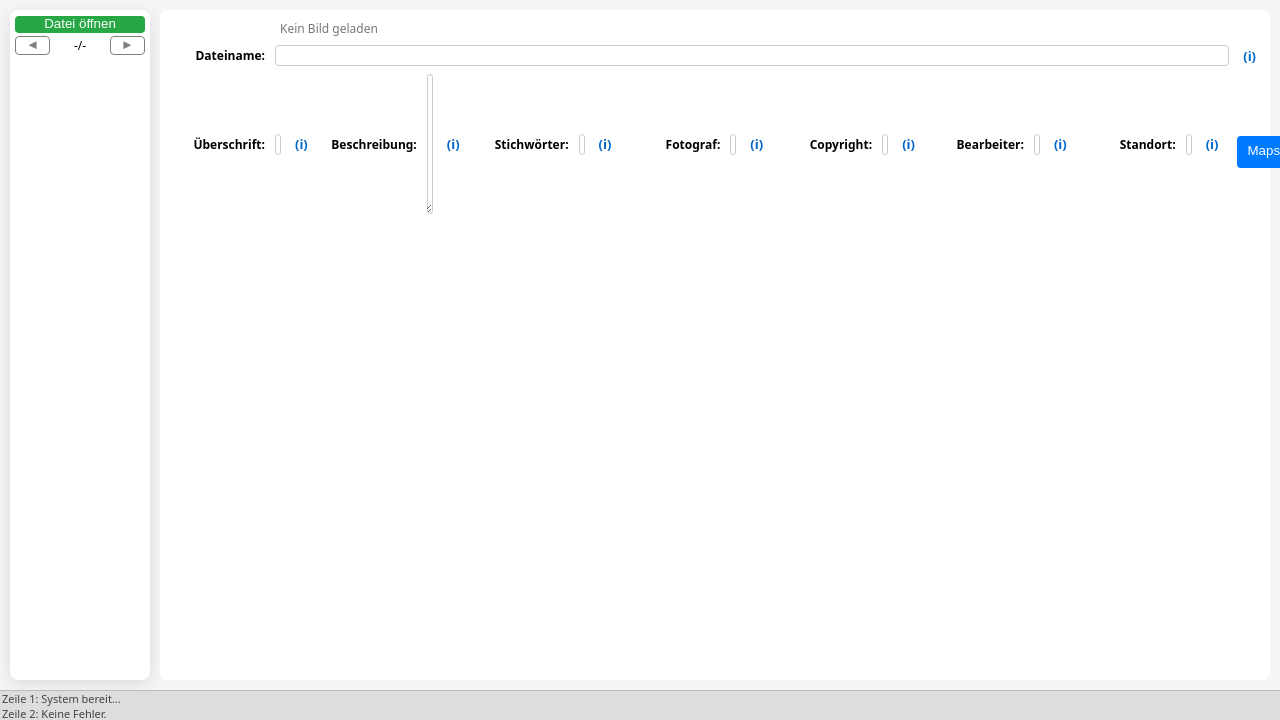
Repository: h-fahle/metadata
Page: ui/index.html
The author's editor kept a copy of each file at every save. The page is drawn from the files as they stood at one save, then again after the next save.
The browser window is 1280 px wide. The pictures show the whole page.

Above is the page before, as saved 2026-08-19 17:54:49.

After the next save:
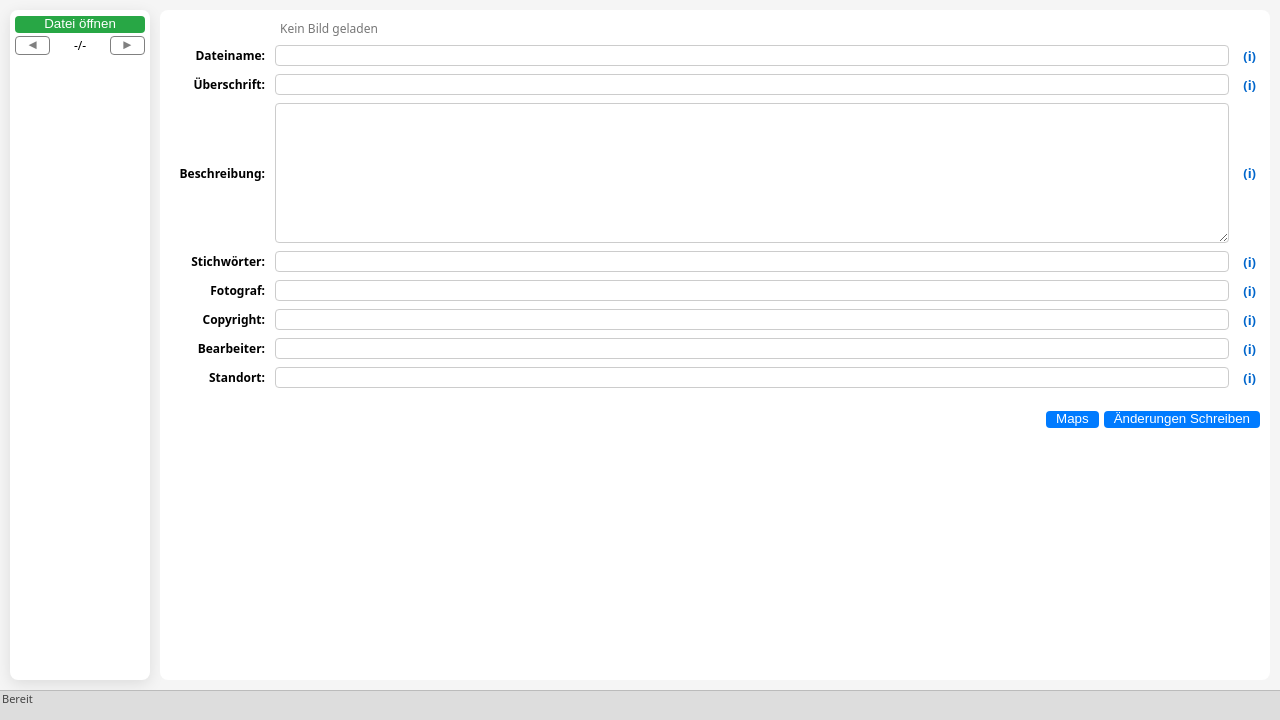
Saved 2 min 11 s later.
--- a/ui/index.html
+++ b/ui/index.html
@@ -46,8 +46,8 @@
 				<div class="tooltip-container">
 					<span class="info-icon">(i)</span>
 					<div class="tooltip-box">
-						Im Einzelmodus: Änderung des Dateinamens bewirkt
-   Umbenennung der Datei.<br>
+Im Einzelmodus: Änderung des Dateinamens bewirkt
+   Umbenennung der Datei.
 Im Stapelmodus: Ordnername is nicht änderbar.!
 					</div>
 				</div>
@@ -61,7 +61,7 @@ Im Stapelmodus: Ordnername is nicht änderbar.!
 					<div class="tooltip-box">
 						Auch: (Dokument-)Titel, Schlagzeile, Headline
 					</div>
-				</span>
+				</div>
 			</div>
 
 			<div class="form-row">
@@ -76,7 +76,7 @@ Beschreibender Text in beliebiger Länge.<br>
 Hinweis: Einige Programme zeigen nur 2.000 Zeichen<br>
    oder auch weniger an.
 					</div>
-				</span>
+				</div>
 			</div>
 
 			<div class="form-row" data-tooltip=
@@ -90,7 +90,7 @@ Im Stapelmodus werden die eingegebenen Stichwörter
 					<div class="tooltip-box">
 
 					</div>
-				</span>
+				</div>
 			</div>
 
 			<div class="form-row" data-tooltip=
@@ -103,7 +103,7 @@ Im Stapelmodus werden die eingegebenen Stichwörter
 					<div class="tooltip-box">
 
 					</div>
-				</span>
+				</div>
 			</div>
 
 			<div class="form-row" data-tooltip=
@@ -117,7 +117,7 @@ Name des Fotografen, Aufnahmejahr und Nutzungsrechte;
 					<div class="tooltip-box">
 
 					</div>
-				</span>
+				</div>
 			</div>
 
 			<div class="form-row" data-tooltip=
@@ -130,7 +130,7 @@ Name des Fotografen, Aufnahmejahr und Nutzungsrechte;
 					<div class="tooltip-box">
 
 					</div>
-				</span>
+				</div>
 			</div>
 
 			<div class="form-row" data-tooltip=
@@ -147,7 +147,7 @@ Ermitteln der Koordinaten in der Google Maps-Karte:
 					<div class="tooltip-box">
 
 					</div>
-				</span>
+				</div>
 			</div>
 
 			<!-- Button-Leiste -->
@@ -161,10 +161,7 @@ Ermitteln der Koordinaten in der Google Maps-Karte:
 
 	<footer id="statusleiste">
 		<div id="status-text">
-			Zeile 1: System bereit...<br>
-			Zeile 2: Keine Fehler.<br>
-			Zeile 3: Verbindung stabil.<br>
-			Zeile 4: Diese Zeile löst das Scrollen aus!
+			Bereit
 		</div>
 	</footer>
 
